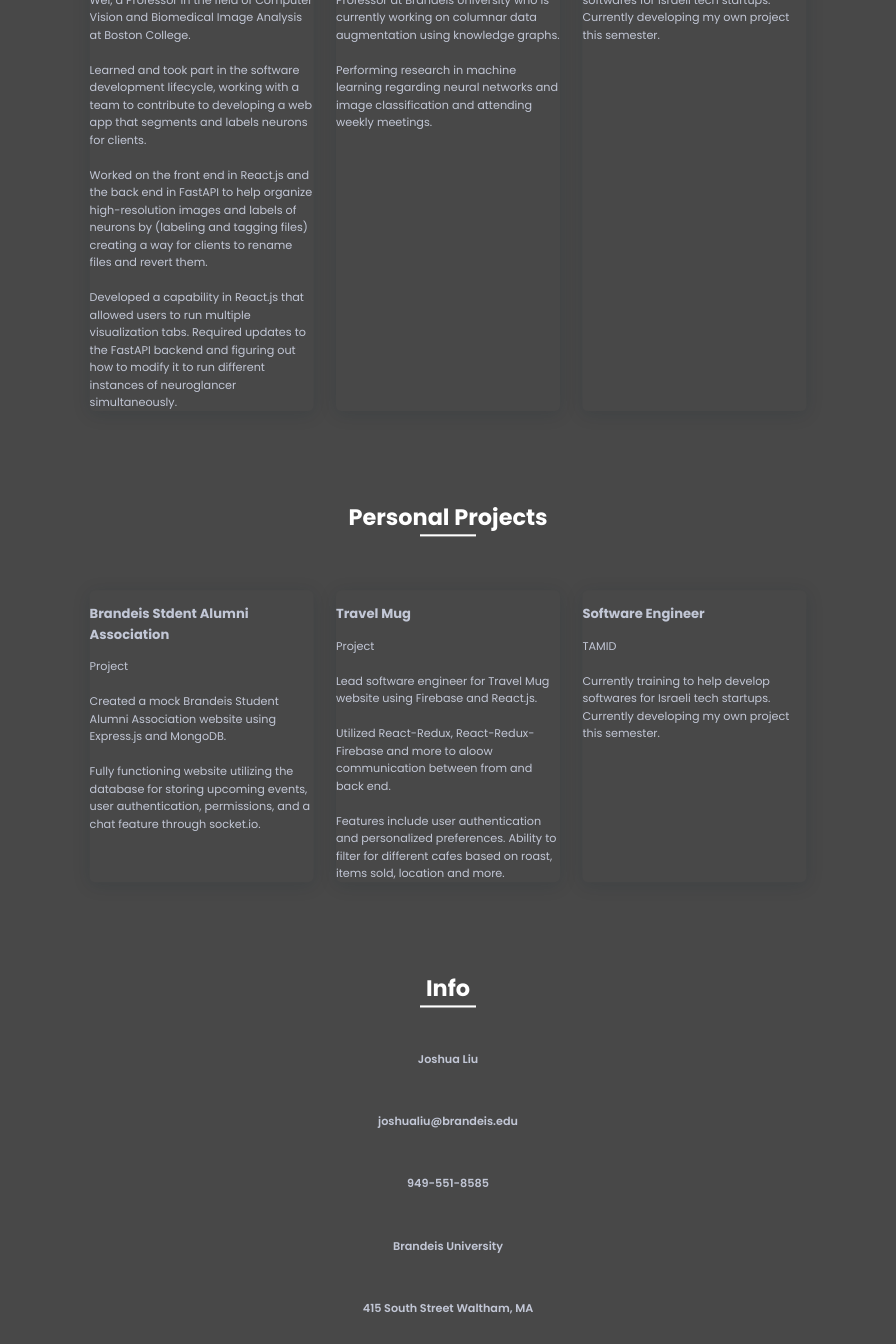
Repository: joshliu14/joshliu14.github.io
Page: index.html
An editor plug-in stored every save of this project. The page is shown before and after the next save, followed by the edit.
The browser window is 1280 px wide. The pictures show the part of the page from y = 2526 to 4446 px (the page is 4735 px tall), at 70% of full size.

Above is the page before, as saved 2024-02-01 01:13:04.

After the next save:
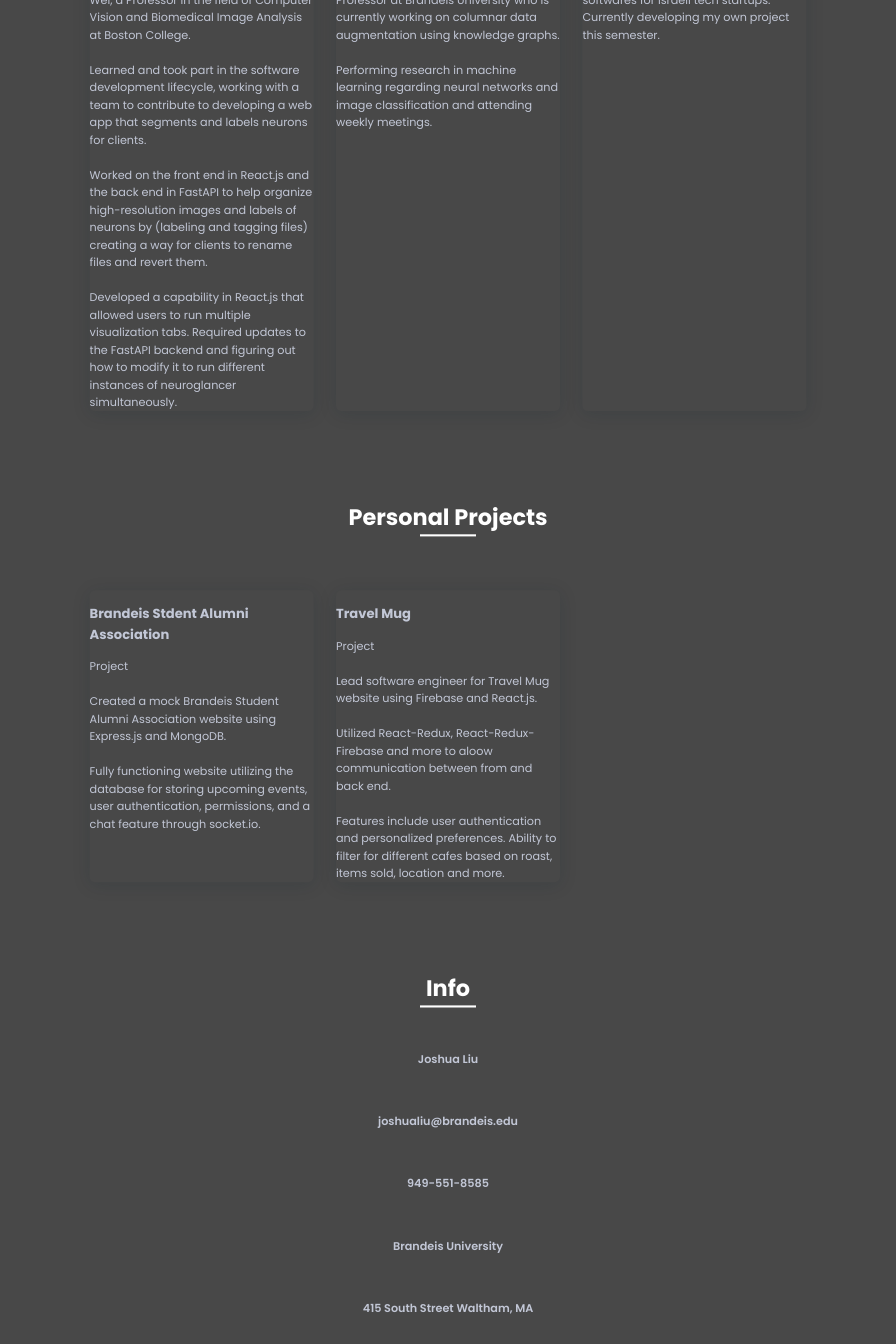
Saved 71 s later.
--- a/index.html
+++ b/index.html
@@ -314,17 +314,6 @@
                     Features include user authentication and personalized preferences.
                     Ability to filter for different cafes based on roast, items sold, location and more.
                 </p>
-                </div>
-                <div class="work__img">
-                <h3 class="work__title">Software Engineer</h3>
-                <span class="work__subtitle">TAMID</span>
-                <p class="work__description">
-                    <br />
-                     Currently training to help develop softwares for
-                    Israeli tech startups. Currently developing my own project
-                    this semester.
-                </p>
-                </div>
         </div>
       </section>
 
